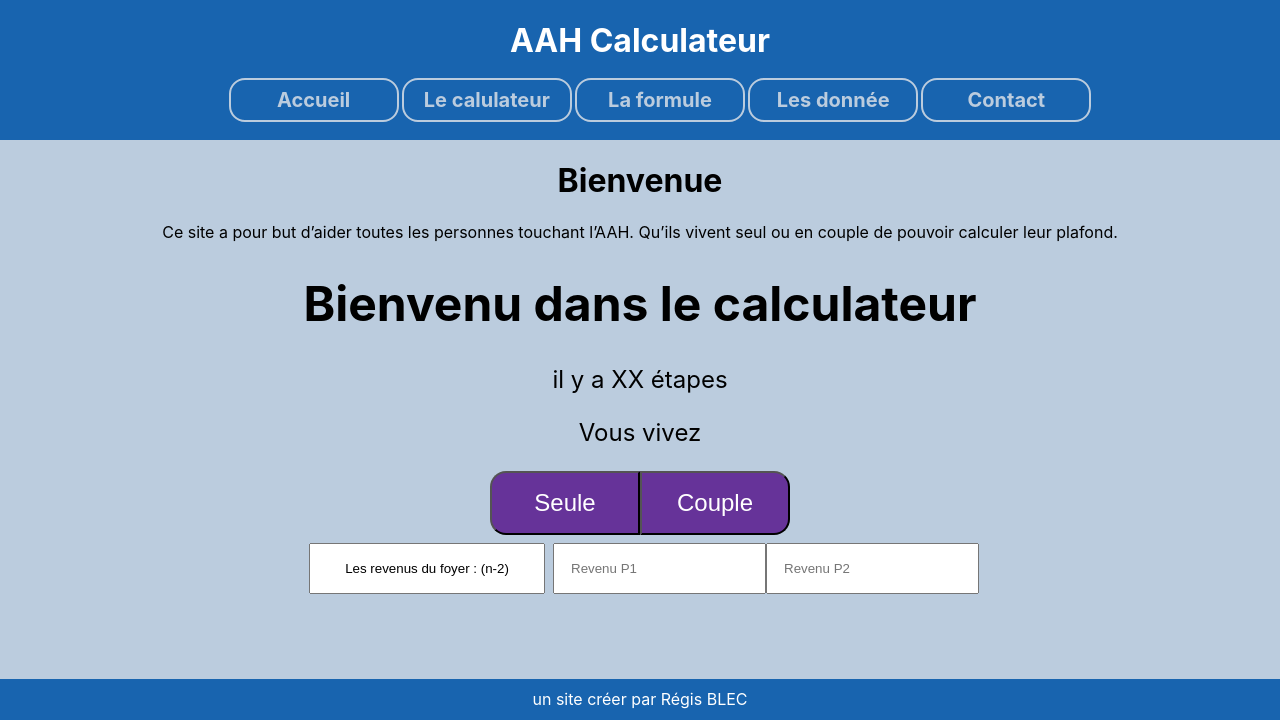
Repository: Cide74/calculateur-aah
Page: /
An editor plug-in stored every save of this project. The page is shown before and after the next save, followed by the edit.
The browser window is 1280 px wide. The pictures show the whole page.
The project was rebuilt for these pictures with package versions that can differ from the ones it lists, and the page was loaded fresh each time.

Above is the page before, as saved 2021-04-05 18:33:49.

### public/index.html
<!DOCTYPE html>
<html lang="fr">
  <head>
    <meta charset="utf-8" />
    <link rel="icon" href="%PUBLIC_URL%/logoAAH.ico" />
    <meta name="viewport" content="width=device-width, initial-scale=1" />
    <meta name="theme-color" content="#000000" />
    <meta
      name="description"
      content="Web site created using create-react-app"
    />
    <link rel="apple-touch-icon" href="%PUBLIC_URL%/logoAAH.jpg" />
    <!--
      manifest.json provides metadata used when your web app is installed on a
      user's mobile device or desktop. See https://developers.google.com/web/fundamentals/web-app-manifest/
    -->
    <link rel="manifest" href="%PUBLIC_URL%/manifest.json" />
    <!--
      Notice the use of %PUBLIC_URL% in the tags above.
      It will be replaced with the URL of the `public` folder during the build.
      Only files inside the `public` folder can be referenced from the HTML.

      Unlike "/favicon.ico" or "favicon.ico", "%PUBLIC_URL%/favicon.ico" will
      work correctly both with client-side routing and a non-root public URL.
      Learn how to configure a non-root public URL by running `npm run build`.
    -->
    <title>React App</title>
  </head>
  <body>
    <noscript>You need to enable JavaScript to run this app.</noscript>
    <div id="root"></div>
    <!--
      This HTML file is a template.
      If you open it directly in the browser, you will see an empty page.

      You can add webfonts, meta tags, or analytics to this file.
      The build step will place the bundled scripts into the <body> tag.

      To begin the development, run `npm start` or `yarn start`.
      To create a production bundle, use `npm run build` or `yarn build`.
    -->
  </body>
</html>

### src/index.css
body {
  margin: 0;
  font-family: -apple-system, BlinkMacSystemFont, 'Segoe UI', 'Roboto', 'Oxygen',
    'Ubuntu', 'Cantarell', 'Fira Sans', 'Droid Sans', 'Helvetica Neue',
    sans-serif;
  -webkit-font-smoothing: antialiased;
  -moz-osx-font-smoothing: grayscale;







  background-color:#BBCCDE;
  background-color:#1864AF;
}

code {
  font-family: source-code-pro, Menlo, Monaco, Consolas, 'Courier New',
    monospace;
}

### src/App.js
import Header from './components/Header/Header';
import Menu from './components/Menu/Menu';
import Main from './components/Main/Main';
import Footer from './components/Footer/Footer';

import './App.scss';

function App() {
  return (
    <div className="App">
      <Header />
      <Menu />
      <Main />
      <Footer />
    </div>
  );
}

export default App;

### src/components/Header/Header.js
//import Menu from '../Menu/Menu';
import './Header.scss';

export default function Header() {
  return (
    <div className="header">
      <h1 className="header-title">AAH Calculateur</h1>

    </div>
  );
}

### src/components/Menu/Menu.js

import './Menu.scss';

export default function Menu() {
  return (
		<nav className="menu">
			<ul className="menu__list">
				<li className="menu__item menu__item--current">
          <a className="menu__link">Accueil</a></li>
				<li className="menu__item">
          <a className="menu__link">Le calulateur</a></li>
				<li className="menu__item">
          <a className="menu__link">La formule</a></li>
				<li className="menu__item">
          <a className="menu__link">Les donnée</a></li>
				<li className="menu__item">
          <a className="menu__link">Contact</a></li>
			</ul>
		</nav>
  );
}

### src/components/Main/Main.js
import Home from '../Home/Home';
import Calculator from '../Calculator/Calculator';

import './Main.scss';

export default function Main() {
  return (
    <div className="Main">
      < Home />
      < Calculator />

    </div>
  );
}

### src/components/Footer/Footer.js
import './Footer.scss';

export default function Footer() {
  return (
    <div className="Footer">
      <h1 className="Footer-title">un site créer par Régis BLEC</h1>
    </div>
  );
}

### src/App.scss
.App {

  text-align: center;
  background-color:#1864AF ;
  background-color:#BBCCDE;

  display: flex;
  flex-direction: column;
  min-height: 100vh;

  h1 {
   // color:white;
  }
}

### src/components/Header/Header.scss
.header {
    background-color:#1864AF;
    &-title {
        color: white;
        font-size: 2em;
        background-color:#1864AF;
        margin-bottom: 0rem ;
    }
}

### src/components/Menu/Menu.scss
.menu {
    color:#BBCCDE;
    background-color:#1864AF;
    &__list {
        display:inline-flex;
    }
    &__item {
        max-width: auto;
        margin:0.1rem;
        padding: 0.5rem;
        list-style:none;
        font-size: 1.25em;
        font-weight: bolder;
        border-radius: 1rem ;
        border:2px solid #BBCCDE;
        min-width: 150px;
    }
    &__item:hover {
            color :#1864AF;
            border-radius: 3rem ;
            background-color:#BBCCDE;
        }
}

### src/components/Home/Home.js


import './Home.scss';

export default function Home() {
  return (
    <div className='Home'>
      <h1>Bienvenue</h1>
      <p>Ce site a pour but d’aider toutes les personnes touchant l’AAH. Qu’ils vivent seul ou en couple de pouvoir calculer leur plafond. </p>

    </div>
  );
}

### src/components/Calculator/Calculator.js
import React from 'react';
import { Button } from 'semantic-ui-react'

import './Calculator.scss';

export default function Calculator() {

  return (
    <div className='calculateur'>



      <h1>Bienvenu dans le calculateur</h1>
      <p>il y a XX étapes </p>
        <form className="form">
          <p>Vous vivez</p>
          <div className='form-situation'>
            {/*
            <input
              type='text'
              className='form-situation-text'
              //onChange= ''
              value="Votre situation:"
              name='revenu-text'
            />*/}
            <Button
              className='form-situation-seule'
              content='Seule'
              name='Seule'
              />
            <Button
              className='form-situation-couple'
              content='Couple'
              name='Couple'
              />


          </div>
        </form>
      <form className='form'>
        <div className="field-revenu">
          <input
            type='text'
            className='field-input-revenu-text'
            onChange= ''
            value="Les revenus du foyer : (n-2)"
            name='revenu-text'
          />
          <input
            type='number'
            className='field-input-revenu'
            onChange= ''
            value=""
            //onChange={handleChange}
            placeholder='Revenu P1 '
            name='revenu1'
          />
          <input
            type='number'
            className='field-input-revenu'
            onChange= ''
            value=""
            //onChange={handleChange}
            placeholder='Revenu P2 '
            name='revenu1'
          />
        </div>
      </form>
    </div>
  );
}

### src/components/Main/Main.scss
.Main {
    background-color: #BBCCDE;
    flex: 1;


    p {
    overflow: auto;
    }

}

### src/components/Footer/Footer.scss
.Footer {

    text-align: center;
    background-color:#1864AF;

    position: relative;
    width: 100%;

    &-title {
        text-align: center;
        text-overflow: clip;
        color:white;
        font-weight: normal;
        font-size: 1em;
    }

}

### src/components/Calculator/Calculator.scss
.calculateur {
   // color:orange;
    font-size: 1.5rem;
    .form {
        text-align: center;

        &-situation-text {
            color:red;
            margin: 0.25rem;
            padding: 1rem;
            border-radius: 1rem 0rem 0rem 1rem;
        }
        &-situation-seule {
            font-size: 1.5rem;
            color:white;
            background-color: rebeccapurple;
            border-radius: 1rem 0rem 0rem 1rem;
            margin: 0rem;
            padding: 1rem;
            width: 150px;
        }
        &-situation-couple {
            font-size: 1.5rem;
            color:white;
            background-color: rebeccapurple;
            border-radius: 0rem 1rem 1rem 0rem;
            margin: 0rem;
            padding: 1rem;
            width: 150px;
        }
    }


    .field-input-revenu {
        color:red;

        width: max-content;
        padding: 1rem;

        &-text {
            text-align: center;
            width: 200px;
            margin: 0.5rem;
            padding: 1rem;
        }}
}

Loaded but not shown: src/index.js (common file); src/reportWebVitals.js (common file); src/components/Home/Home.scss (no stored copy; drawn as an empty file)

After the next save:
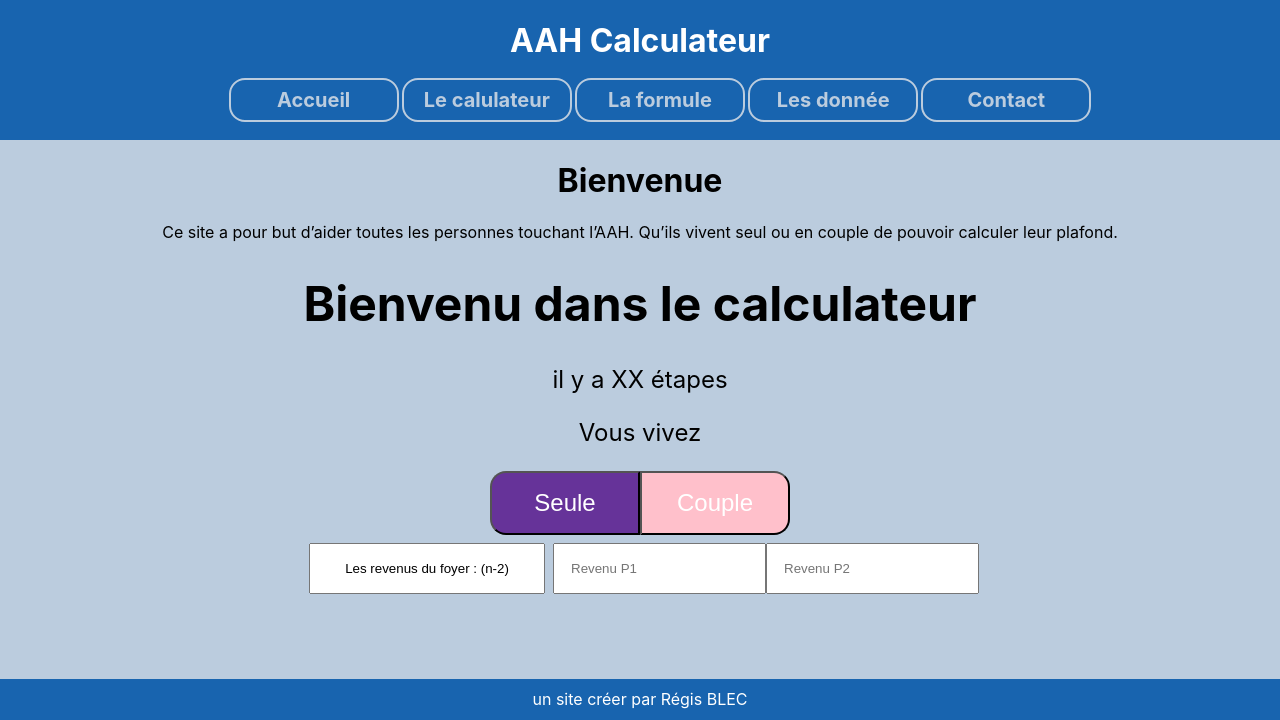
Saved 24 s later.
--- a/src/components/Calculator/Calculator.scss
+++ b/src/components/Calculator/Calculator.scss
@@ -22,7 +22,7 @@
         &-situation-couple {
             font-size: 1.5rem;
             color:white;
-            background-color: rebeccapurple;
+            background-color: pink;
             border-radius: 0rem 1rem 1rem 0rem;
             margin: 0rem;
             padding: 1rem;
